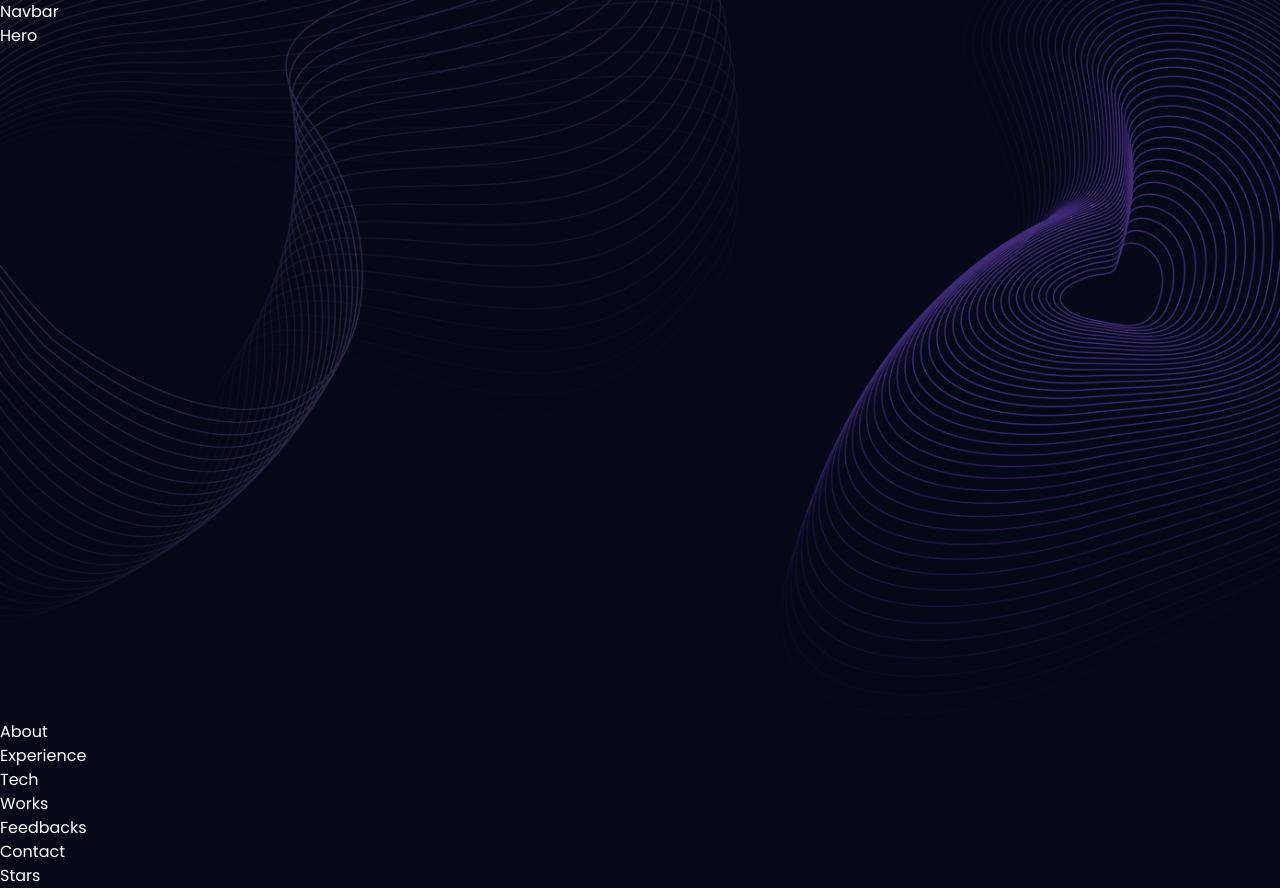
Repository: truonghuynhquy/3D_Portfolio
Page: /
The author's editor kept a copy of each file at every save. The page is drawn from the files as they stood at one save, then again after the next save.
The browser window is 1280 px wide. The pictures show the whole page.
The project was rebuilt for these pictures with package versions that can differ from the ones it lists, and the page was loaded fresh each time. Also part of the build but not shown: vite.config.js, src/components/canvas/Earth.jsx, src/components/canvas/Ball.jsx, src/components/canvas/Computers.jsx. Imported but missing from the stored project, and not drawn on this page: src/components/hoc, src/components/styles, src/components/utils/motion.

Above is the page before, as saved 2023-04-07 10:03:13.

After the next save:
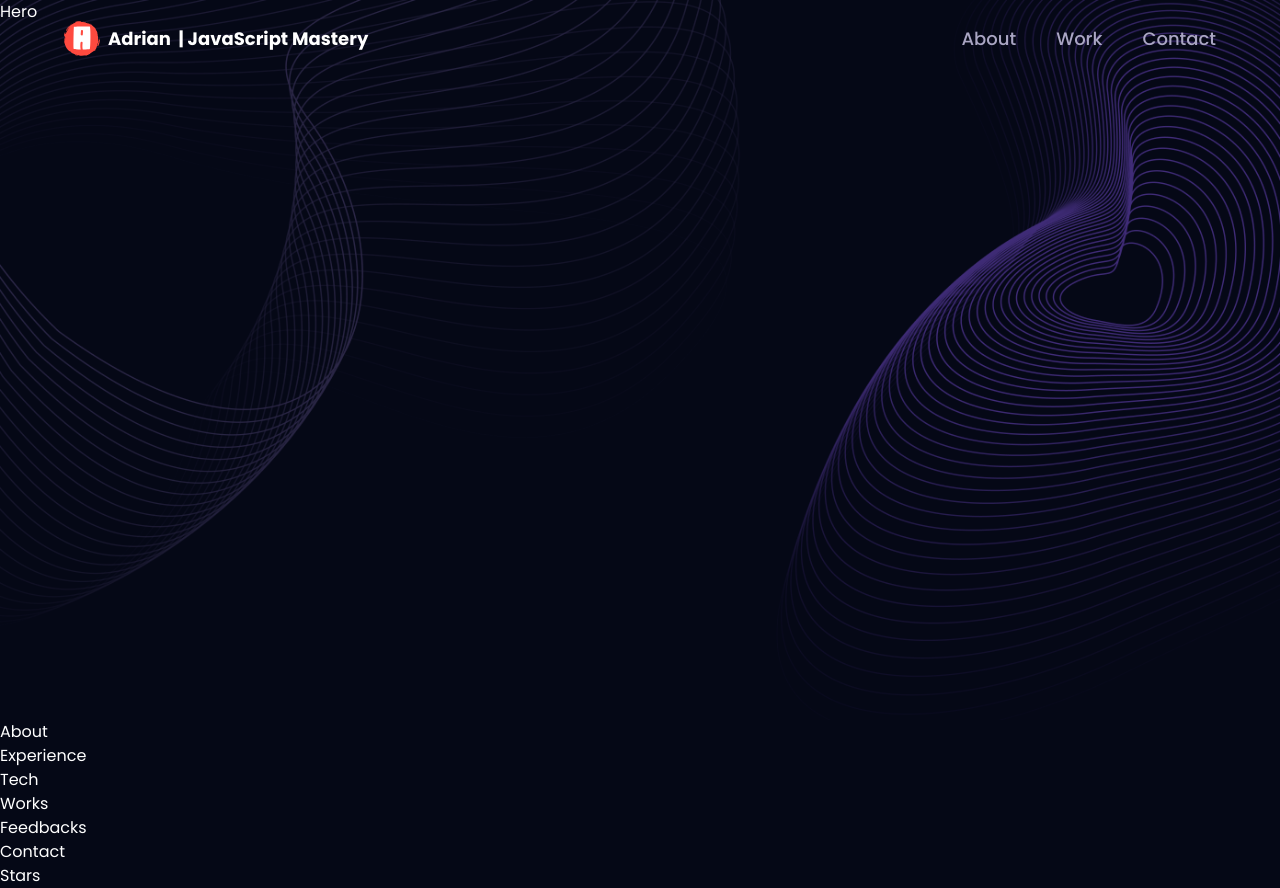
Saved 67 s later.
--- a/src/components/Navbar.jsx
+++ b/src/components/Navbar.jsx
@@ -1,11 +1,102 @@
-import React from "react";
+import React, { useEffect, useState } from "react";
+import { Link } from "react-router-dom";
 
 import { styles } from "../styles";
 import { navLinks } from "../constants";
 import { logo, menu, close } from "../assets";
 
 const Navbar = () => {
-    return <div>Navbar</div>;
+  const [active, setActive] = useState("");
+  const [toggle, setToggle] = useState(false);
+  const [scrolled, setScrolled] = useState(false);
+
+  useEffect(() => {
+    const handleScroll = () => {
+      const scrollTop = window.scrollY;
+      if (scrollTop > 100) {
+        setScrolled(true);
+      } else {
+        setScrolled(false);
+      }
+    };
+
+    window.addEventListener("scroll", handleScroll);
+
+    return () => window.removeEventListener("scroll", handleScroll);
+  }, []);
+
+  return (
+    <nav
+      className={`${
+        styles.paddingX
+      } w-full flex items-center py-5 fixed top-0 z-20 ${
+        scrolled ? "bg-primary" : "bg-transparent"
+      }`}
+    >
+      <div className='w-full flex justify-between items-center max-w-7xl mx-auto'>
+        <Link
+          to='/'
+          className='flex items-center gap-2'
+          onClick={() => {
+            setActive("");
+            window.scrollTo(0, 0);
+          }}
+        >
+          <img src={logo} alt='logo' className='w-9 h-9 object-contain' />
+          <p className='text-white text-[18px] font-bold cursor-pointer flex '>
+            Adrian &nbsp;
+            <span className='sm:block hidden'> | JavaScript Mastery</span>
+          </p>
+        </Link>
+
+        <ul className='list-none hidden sm:flex flex-row gap-10'>
+          {navLinks.map((nav) => (
+            <li
+              key={nav.id}
+              className={`${
+                active === nav.title ? "text-white" : "text-secondary"
+              } hover:text-white text-[18px] font-medium cursor-pointer`}
+              onClick={() => setActive(nav.title)}
+            >
+              <a href={`#${nav.id}`}>{nav.title}</a>
+            </li>
+          ))}
+        </ul>
+
+        <div className='sm:hidden flex flex-1 justify-end items-center'>
+          <img
+            src={toggle ? close : menu}
+            alt='menu'
+            className='w-[28px] h-[28px] object-contain'
+            onClick={() => setToggle(!toggle)}
+          />
+
+          <div
+            className={`${
+              !toggle ? "hidden" : "flex"
+            } p-6 black-gradient absolute top-20 right-0 mx-4 my-2 min-w-[140px] z-10 rounded-xl`}
+          >
+            <ul className='list-none flex justify-end items-start flex-1 flex-col gap-4'>
+              {navLinks.map((nav) => (
+                <li
+                  key={nav.id}
+                  className={`font-poppins font-medium cursor-pointer text-[16px] ${
+                    active === nav.title ? "text-white" : "text-secondary"
+                  }`}
+                  onClick={() => {
+                    setToggle(!toggle);
+                    setActive(nav.title);
+                  }}
+                >
+                  <a href={`#${nav.id}`}>{nav.title}</a>
+                </li>
+              ))}
+            </ul>
+          </div>
+        </div>
+      </div>
+    </nav>
+  );
 };
 
 export default Navbar;

After the save that followed:
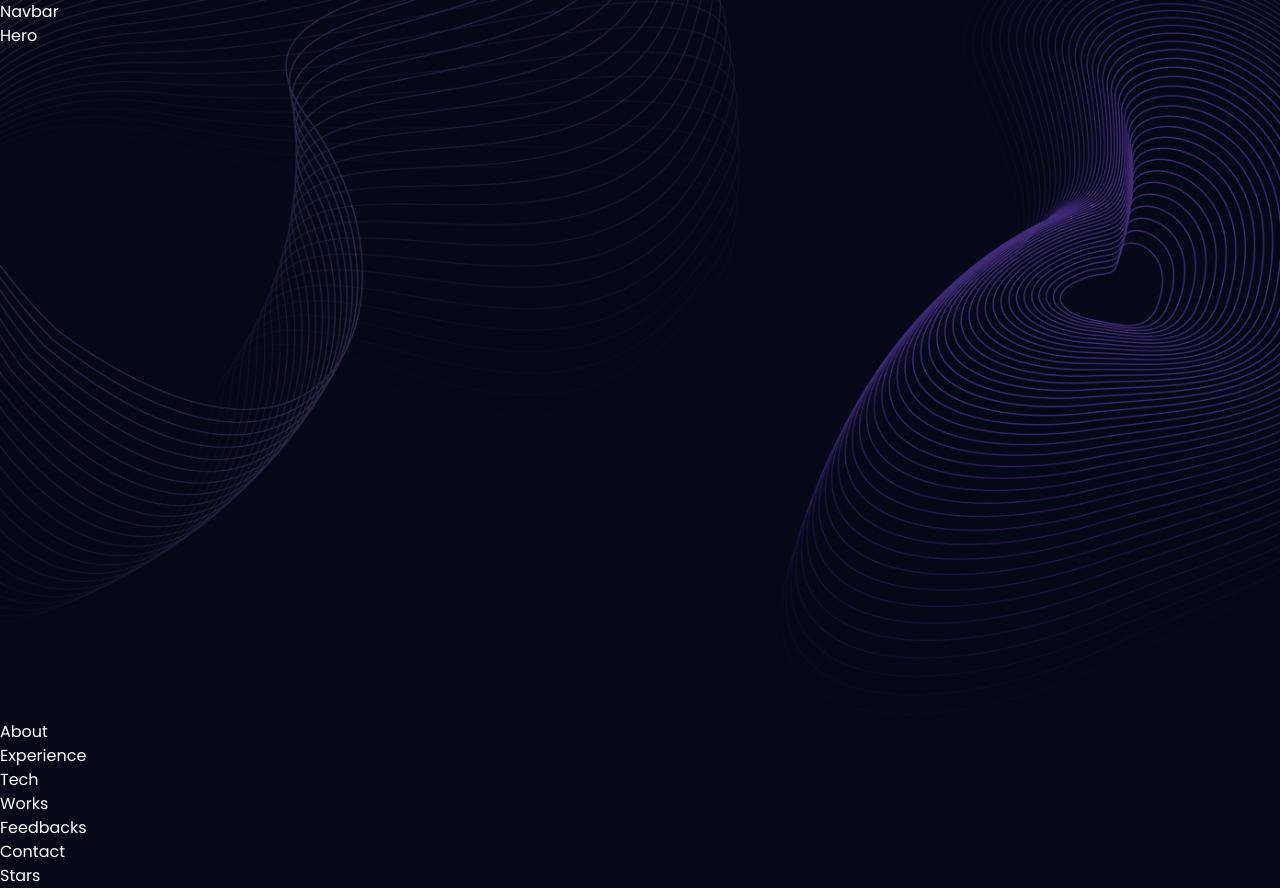
Saved 17 s later.
--- a/src/components/Navbar.jsx
+++ b/src/components/Navbar.jsx
@@ -1,102 +1,11 @@
-import React, { useEffect, useState } from "react";
-import { Link } from "react-router-dom";
+import React from "react";
 
 import { styles } from "../styles";
 import { navLinks } from "../constants";
 import { logo, menu, close } from "../assets";
 
 const Navbar = () => {
-  const [active, setActive] = useState("");
-  const [toggle, setToggle] = useState(false);
-  const [scrolled, setScrolled] = useState(false);
-
-  useEffect(() => {
-    const handleScroll = () => {
-      const scrollTop = window.scrollY;
-      if (scrollTop > 100) {
-        setScrolled(true);
-      } else {
-        setScrolled(false);
-      }
-    };
-
-    window.addEventListener("scroll", handleScroll);
-
-    return () => window.removeEventListener("scroll", handleScroll);
-  }, []);
-
-  return (
-    <nav
-      className={`${
-        styles.paddingX
-      } w-full flex items-center py-5 fixed top-0 z-20 ${
-        scrolled ? "bg-primary" : "bg-transparent"
-      }`}
-    >
-      <div className='w-full flex justify-between items-center max-w-7xl mx-auto'>
-        <Link
-          to='/'
-          className='flex items-center gap-2'
-          onClick={() => {
-            setActive("");
-            window.scrollTo(0, 0);
-          }}
-        >
-          <img src={logo} alt='logo' className='w-9 h-9 object-contain' />
-          <p className='text-white text-[18px] font-bold cursor-pointer flex '>
-            Adrian &nbsp;
-            <span className='sm:block hidden'> | JavaScript Mastery</span>
-          </p>
-        </Link>
-
-        <ul className='list-none hidden sm:flex flex-row gap-10'>
-          {navLinks.map((nav) => (
-            <li
-              key={nav.id}
-              className={`${
-                active === nav.title ? "text-white" : "text-secondary"
-              } hover:text-white text-[18px] font-medium cursor-pointer`}
-              onClick={() => setActive(nav.title)}
-            >
-              <a href={`#${nav.id}`}>{nav.title}</a>
-            </li>
-          ))}
-        </ul>
-
-        <div className='sm:hidden flex flex-1 justify-end items-center'>
-          <img
-            src={toggle ? close : menu}
-            alt='menu'
-            className='w-[28px] h-[28px] object-contain'
-            onClick={() => setToggle(!toggle)}
-          />
-
-          <div
-            className={`${
-              !toggle ? "hidden" : "flex"
-            } p-6 black-gradient absolute top-20 right-0 mx-4 my-2 min-w-[140px] z-10 rounded-xl`}
-          >
-            <ul className='list-none flex justify-end items-start flex-1 flex-col gap-4'>
-              {navLinks.map((nav) => (
-                <li
-                  key={nav.id}
-                  className={`font-poppins font-medium cursor-pointer text-[16px] ${
-                    active === nav.title ? "text-white" : "text-secondary"
-                  }`}
-                  onClick={() => {
-                    setToggle(!toggle);
-                    setActive(nav.title);
-                  }}
-                >
-                  <a href={`#${nav.id}`}>{nav.title}</a>
-                </li>
-              ))}
-            </ul>
-          </div>
-        </div>
-      </div>
-    </nav>
-  );
+    return <div>Navbar</div>;
 };
 
 export default Navbar;
